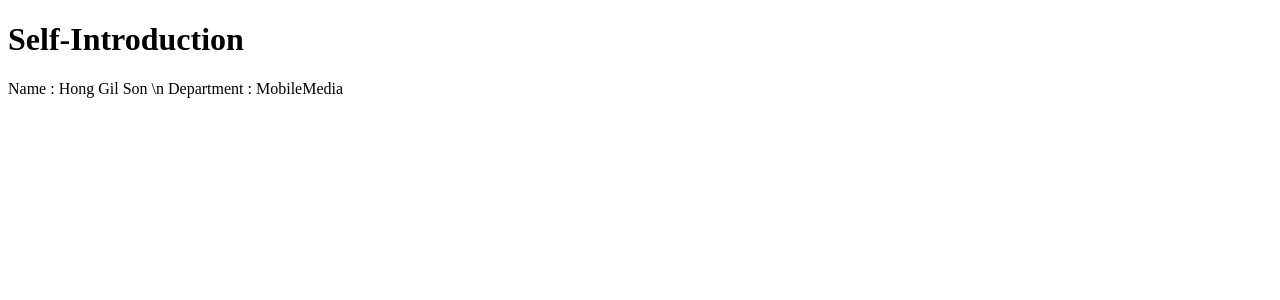
Repository: bobo1201/jspwork
Page: http://localhost/JSPBook/HelloJSP3.jsp
The author's editor kept a copy of each file at every save. The page is drawn from the files as they stood at one save, then again after the next save.
The browser window is 1280 px wide. The pictures show the whole page.
The page is served by Tomcat 9.

Above is the page before, as saved 2023-02-27 01:50:04.

### JSPBook/src/main/webapp/HelloJSP3.jsp
<%@ page language="java" contentType="text/html; charset=UTF-8"
    pageEncoding="UTF-8"%>
<!DOCTYPE html>
<html>
<head>
<meta charset="UTF-8">
<title>JSP</title>
</head>
<body>
	<h1>Self-Introduction</h1>
	Name : Hong Gil Son \n
	Department : MobileMedia
</body>
</html>

After the next save:
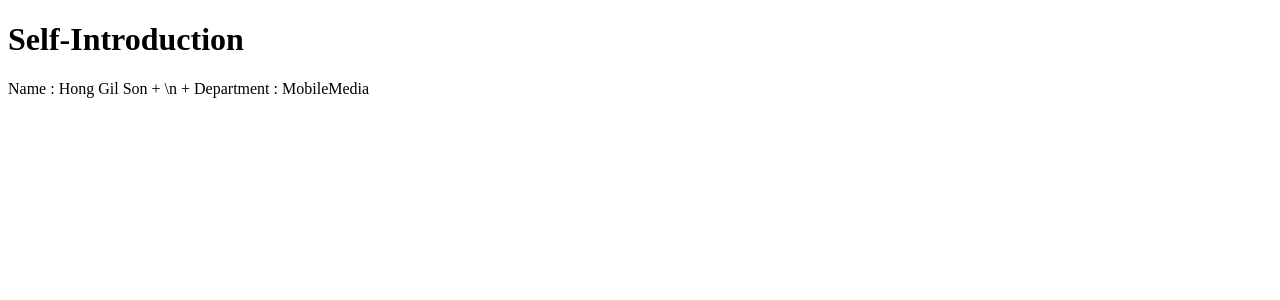
Saved 7 s later.
--- a/JSPBook/src/main/webapp/HelloJSP3.jsp
+++ b/JSPBook/src/main/webapp/HelloJSP3.jsp
@@ -8,7 +8,7 @@
 </head>
 <body>
 	<h1>Self-Introduction</h1>
-	Name : Hong Gil Son \n
+	Name : Hong Gil Son + \n +
 	Department : MobileMedia
 </body>
 </html>
